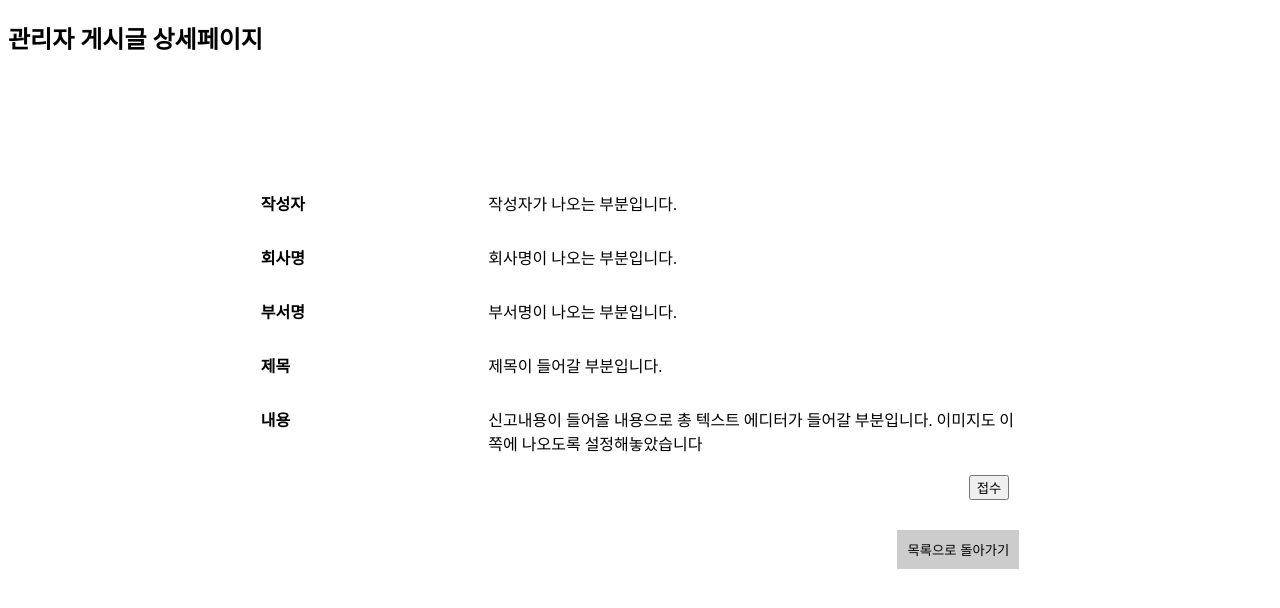
Repository: thdtjdgml415/exVoc
Page: /AdminView/1
An editor plug-in stored every save of this project. The page is shown before and after the next save, followed by the edit.
The browser window is 1280 px wide. The pictures show the whole page.
The project was rebuilt for these pictures with package versions that can differ from the ones it lists, and the page was loaded fresh each time. Also part of the build but not shown: src/components/table/CommonTable.css, src/components/table/CommonTable.js, src/components/table/CommonTableColumn.js, src/components/table/CommonTableRow.js, src/components/table/CommonTableWriteBtn.js, src/Page/PostList.js, src/Page/PostMain.js, src/Page/PostView.js and 4 more.

Above is the page before, as saved 2023-01-13 15:52:04.

### public/index.html
<!DOCTYPE html>
<html lang="en">
<head>
  <meta charset="UTF-8">
  <meta http-equiv="X-UA-Compatible" content="IE=edge">
  <meta name="viewport" content="width=device-width, initial-scale=1.0">
  <title>게시판</title>
</head>
<body>
  <div id="root"></div>
</body>
</html>

### src/App.js
import { BrowserRouter, Routes,  Route } from 'react-router-dom';
import PostMain from './Page/PostMain';
import PostView from './Page/PostView';
import Registration from './Page/Registration';
import AdminList from './Page/AdminList';
import AdminView from './Page/AdminView';

function App() {
  return (
    <div className='App'>
      <BrowserRouter>
        <Routes>
          <Route path='/' element={<Registration/>}/>
          <Route path='/postView/:no' element={<PostView/>}/>
          <Route path='/PostMain' element= {<PostMain/>}/>
          <Route path='/Page/AdminList' element= {<AdminList/>}/>
          <Route path='/AdminView/:no' element= {<AdminView/>}/>
        </Routes>
      </BrowserRouter>
    </div>
  )
}

export default App;

### src/Page/AdminView.js
import React, { useEffect, useState } from 'react';
import { useNavigate, useParams } from 'react-router';
import { getPostByNo } from '../Data';
import './Post.css'
import AcceptModal from '../components/modal/AcceptModal'


const AdminView = ({ }) => {
  const [ data, setData ] = useState({});
  const navigator = useNavigate();
  const { no } = useParams();

  const [adminViewModal, setAdminViewModal] = useState(false);

  const openModal = () => {
    setAdminViewModal(true);
  };
  const closeModal = () => {
    setAdminViewModal(false);
  };

    useEffect(() => {
      setData(getPostByNo(no));
    }, [ ]);

  return (
    <>
      <h2 align="left">관리자 게시글 상세페이지</h2>
      <div className="post-view-wrapper">
          <>
            <div className="post-view-row">
              <label>작성자</label>
              <label>작성자가 나오는 부분입니다.</label>
            </div>
            <div className="post-view-row">
              <label>회사명</label>
              <label>회사명이 나오는 부분입니다.</label>
            </div>
            <div className="post-view-row">
              <label>부서명</label>
              <label>부서명이 나오는 부분입니다.</label>
            </div>
            <div className="post-view-row">
              <label>제목</label>
              <label>제목이 들어갈 부분입니다.</label>
            </div>
            <div className="post-view-row">
              <label>내용</label>
              <label>신고내용이 들어올 내용으로 총 텍스트 에디터가 들어갈 부분입니다. 이미지도 이쪽에 나오도록 설정해놓았습니다</label>
            </div>
          </>
          <React.Fragment>
              <div className="btn">
                <button className="registBtn" onClick={openModal}>
                  접수
                </button>
                <AcceptModal open={adminViewModal} close={closeModal}>
                  접수하시겠습니까?
                </AcceptModal>
              </div>
          </React.Fragment>
        <div className='post-view-btn-wrap'>
          <button className="post-view-go-list-btn" onClick={() => navigator(-1)}>목록으로 돌아가기</button>
        </div>
      </div>
    </>
  )
}

export default AdminView;

### src/Data.js
const postList = [
    {
        "no": 1,
        "title": "첫번째 게시글입니다.",
        "content": "첫번째 게시글 내용입니다.",
        "createDate": "2023-01-12"
      },
      {
        "no": 2,
        "title": "두번째 게시글입니다.",
        "content": "두번째 게시글 내용입니다.",
        "createDate": "2023-01-12"
      },
      {
        "no": 3,
        "title": "세번째 게시글입니다.",
        "content": "세번째 게시글 내용입니다.",
        "createDate": "2023-01-12"
      },
      {
        "no": 4,
        "title": "네번째 게시글입니다.",
        "content": "네번째 게시글 내용입니다.",
        "createDate": "2023-01-12"
      },
      {
        "no": 5,
        "title": "다섯번째 게시글입니다.",
        "content": "다섯번째 게시글 내용입니다.",
        "createDate": "2023-01-12"
      },
]

const getPostByNo = no => {

    const array = postList.filter(x=>x.no===no);
    if(array.length == 1) {
        return array[1];
    }
    return null;
}

export {
    postList,
    getPostByNo
};

### src/Page/Post.css
.PostList-Wrap {
  padding-top: 10vw;

}

.post-view-wrapper {
    width: 60%;
    margin: 0 auto;
    margin-top: 10%;
  }
  .post-view-btn-wrap {
    display: flex;
    justify-content: flex-end;
  }
  .post-view-go-list-btn {
    border: 0;
    padding: 10px;
    background-color: #ccc;
  }

  .post-view-row {
    margin: 10px 0;
    display: flex;
  }

  .post-view-row > label:first-child {
    margin: 10px 0;
    width: 30%;
    font-weight: bold;
  }

  .post-view-row > *:nth-child(2) {
    margin: 10px 0;
    width: 70%;
  }

### src/components/modal/common.css
#container {
  display: flex;
  flex: 1;
  justify-content: center;
}

html {
  background-color: white;
}

h3 {
  padding: 0;
  -webkit-text-size-adjust: none;
}

h1 {
  padding: 20px 30px;

  border-bottom: 1px solid #ccc;

}

### src/Page/registration.css
.titleCon {
  margin-right: 25px;
}

.titleCon2 {
  margin-right: 10px;
}

.titleCon3 {
  margin-right: 42px;
}

.ck.ck-editor__editable:not(.ck-editor__nested-editable) {
  min-height: 400px;
  margin-bottom: 20px;
}

.btn {
  display: flex;
  justify-content: flex-end;
  margin-bottom: 30px;
}

.registBtn {
  margin-right: 10px;
}

.checkBtn {
  margin-left: 50px;
  margin-top: 30px;

}

.modalInput {
  margin-left: 20px;
}

.modalInput2 {
    margin-left: 6px;
  }

  .Post-write-wrap {
    display: flex;


  }
  .container__wrap {
    border: 1px solid #ccc;
    margin-left: 23%;
    padding: 10px 40px;
  }

### src/components/modal/AcceptModal.js
import React from "react";
import "../modal/modal.css";

const AcceptModal = (props) => {
  const { open, close } = props;

  return (
    <div className={open ? "openModal modal" : "modal"}>
      {open ? (
        <section>
          <main>{props.children}</main>
          <footer>
            <button className="ok">
             <a href="../../Page/AdminList" style={{color: 'white', textDecoration: 'none'}}>확인</a>
            </button>
            <button className="close" onClick={close}>
              취소
            </button>
          </footer>
        </section>
      ) : null}
    </div>
  );
};

export default AcceptModal;

### src/components/modal/modal.css
.modal {
  display: none;
  position: fixed;
  top: 0;
  right: 0;
  bottom: 0;
  left: 0;
  z-index: 99;
  background-color: rgba(0, 0, 0, 0.6);
}
.modal button {
  outline: none;
  cursor: pointer;
  border: 0;
}
.modal > section {
  width: 90%;
  max-width: 450px;
  margin: 0 auto;
  border-radius: 0.3rem;
  background-color: #fff;
  animation: modal-show 0.3s;
  overflow: hidden;
}

.modal > section > main {
  padding: 22px;
}
.modal > section > footer {
  padding: 18px 17px;
  text-align: right;
}
.modal > section > footer .close {
  padding: 6px 12px;
  color: #fff;
  background-color: #6c757d;
  border-radius: 5px;
  font-size: 13px;
}

.modal > section > footer .ok {
    padding: 6px 12px;
    color: #fff;
    background-color: #6c757d;
    border-radius: 5px;
    font-size: 13px;
    margin-right: 5px;
  }
.modal.openModal {
  display: flex;
  align-items: center;
  animation: modal-bg-show 0.3s;
}

Loaded but not shown: src/index.js (common file)

After the next save:
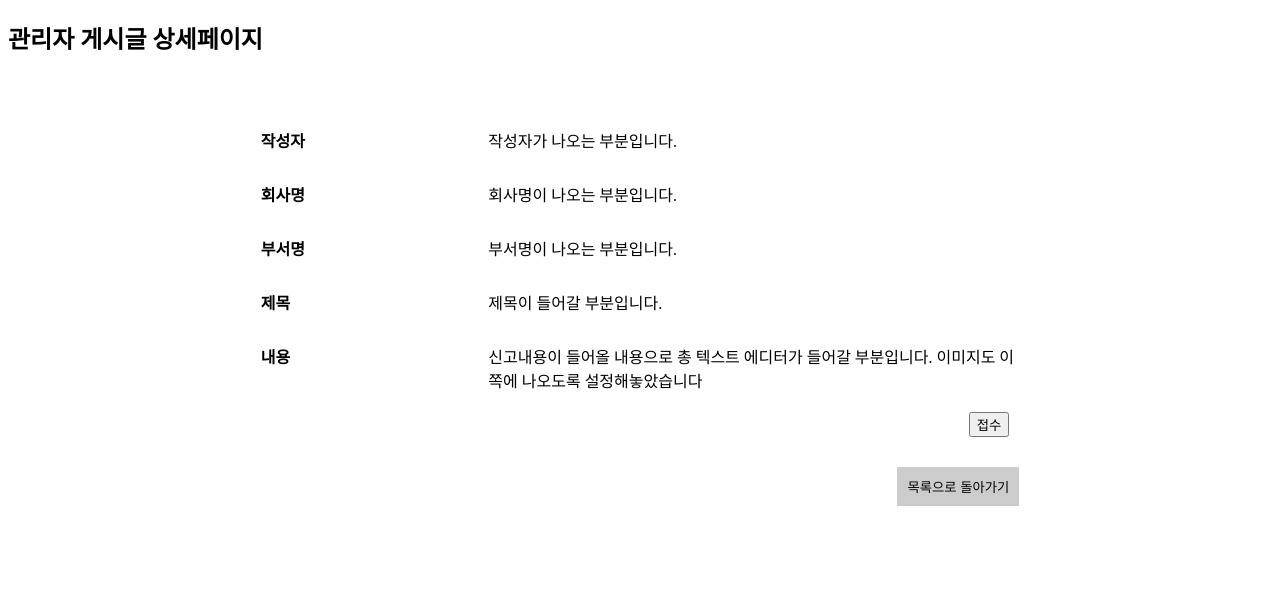
Saved 6 s later.
--- a/src/Page/Post.css
+++ b/src/Page/Post.css
@@ -6,7 +6,7 @@
 .post-view-wrapper {
     width: 60%;
     margin: 0 auto;
-    margin-top: 10%;
+    margin-top: 5%;
   }
   .post-view-btn-wrap {
     display: flex;
